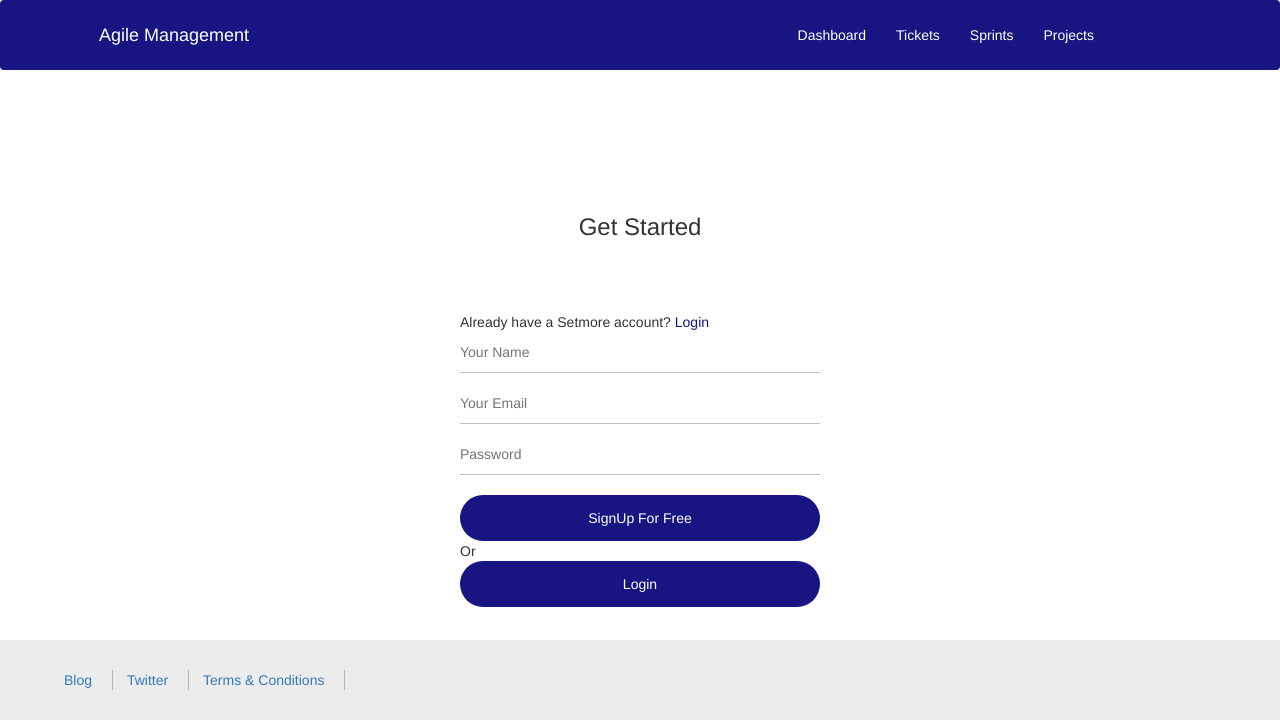
Repository: princexavier/agil
Page: http://localhost/Agile/index.jsp
These files come from the project's save history. The page is drawn as it stood at one moment and after the next save; the edit follows.
The browser window is 1280 px wide. The pictures show the whole page.
Some web libraries are served in a nearby version. The page is served by Tomcat 9.

Above is the page before, as saved 2018-01-19 05:02:19.

After the next save:
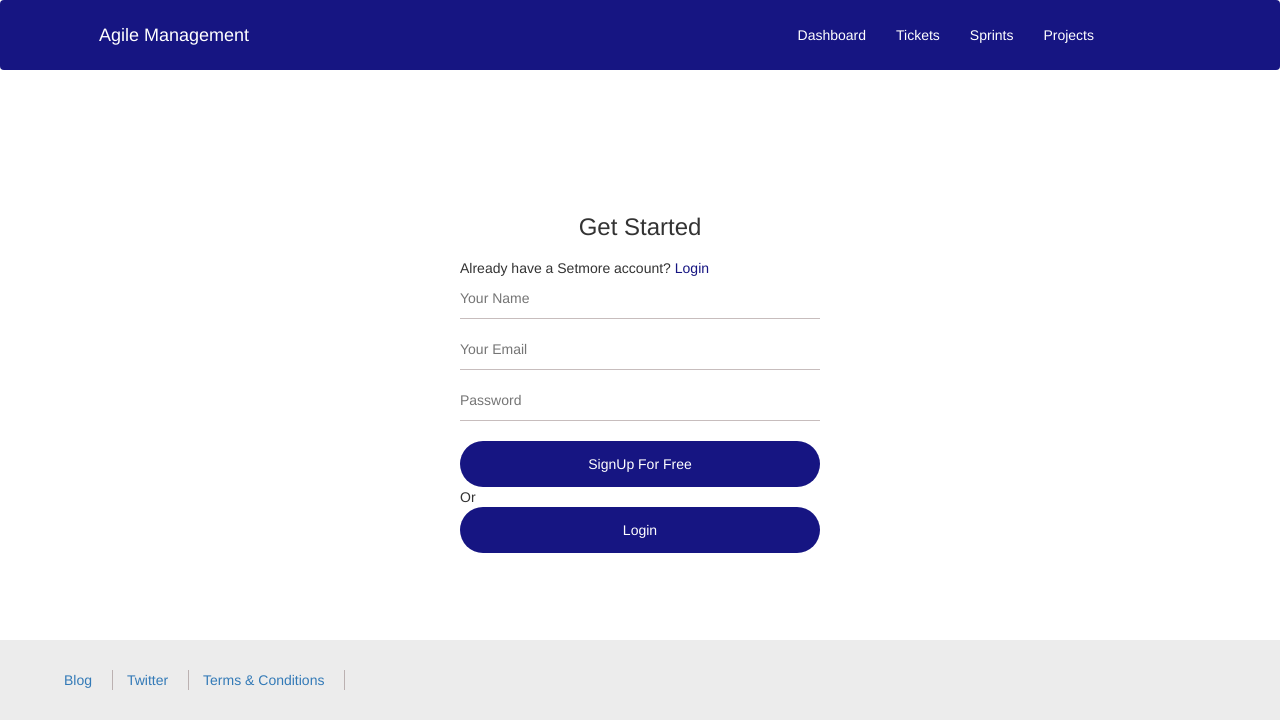
Saved 28 s later.
--- a/workspace/Agile/WebContent/css/style.css
+++ b/workspace/Agile/WebContent/css/style.css
@@ -25,7 +25,7 @@ a:hover {
 }
 .reg-form h3{
 	margin-top: 20%;
-    margin-bottom: 20%;
+    margin-bottom: 5%;
     text-align: center;
 }
 .reg-form >span{
